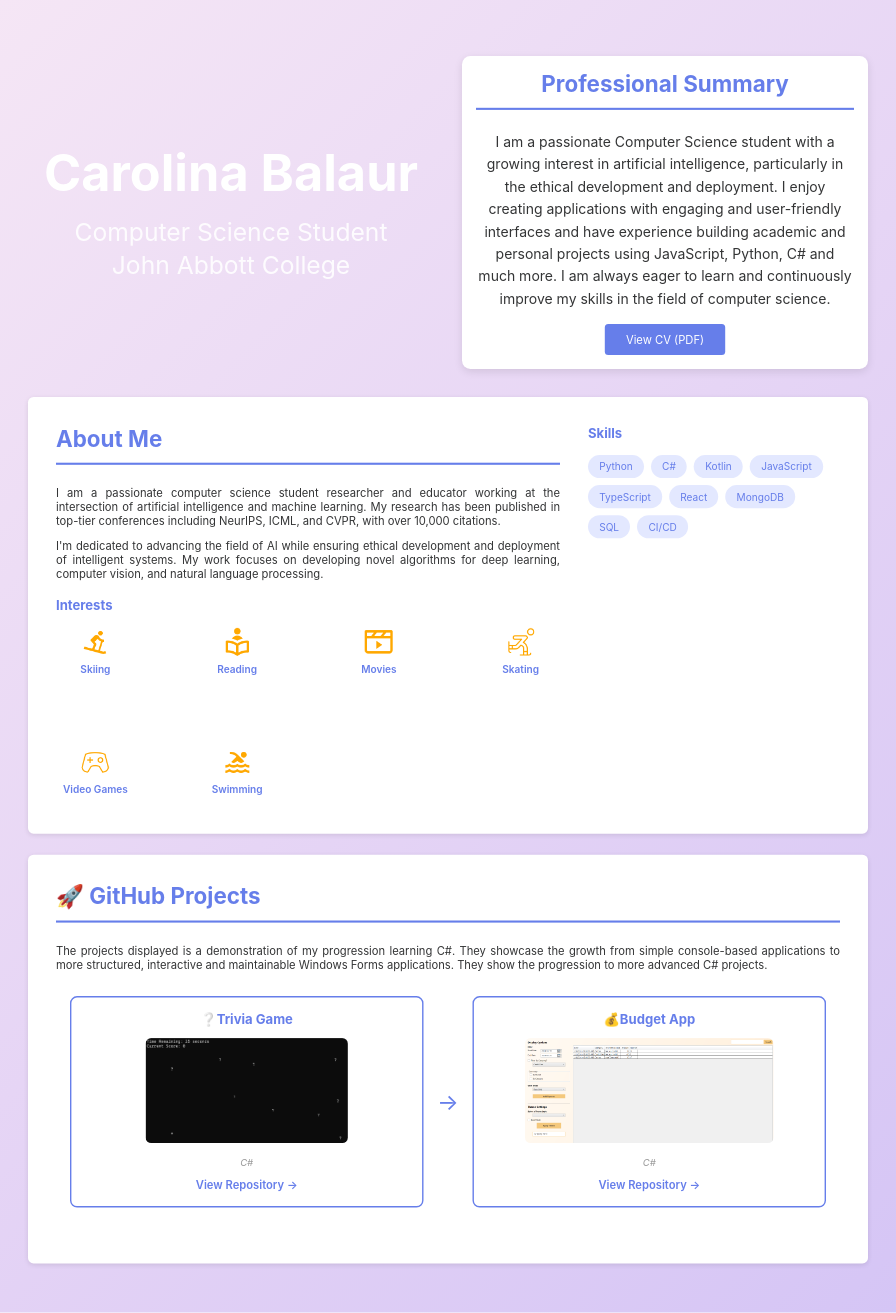
Repository: cocobalaur/portfolio
Page: index.html
These files come from the project's save history. The page is drawn as it stood at one moment and after the next save; the edit follows.
The browser window is 1280 px wide. The pictures show the whole page, at 70% of full size.

Above is the page before, as saved 2025-12-07 00:05:31.

### index.html
<!DOCTYPE html>
<html lang="en">

<head>
    <meta charset="UTF-8">
    <meta name="viewport" content="width=device-width, initial-scale=1.0">
    <title>Portfolio</title>
    <link rel="stylesheet" href="style.css">
</head>

<body>
    <header class="header">
        <div class="container">

            <div class="header-section">
                <div class="header-content">

                    <h1>Carolina Balaur</h1>
                    <p class="title">Computer Science Student</p>
                    <p class="title">John Abbott College</p>
                </div>

                <div class="header-sidebar">

                    <h2 class="section-title">Professional Summary</h2>
                    <p>
                        I am a passionate Computer Science student with a growing interest in artificial intelligence,
                        particularly in the ethical development and deployment.
                        I enjoy creating applications with engaging and user-friendly interfaces and have experience building
                        academic and personal projects using JavaScript, Python, C# and much more.
                        I am always eager to learn and continuously improve my skills in the field of computer science.
                    </p>


                    <a href="CarolinaBalaur.pdf" class="btn-primary" target="_blank">
                        View CV (PDF)
                    </a>

                </div>
                </section>
            </div>
    </header>

    <div class="container">
        <section class="section">
            <div class="project-section">
                <div class="project-content">

                    <h2 class="section-title">About Me</h2>
                    <p>
                        I am a passionate computer science student researcher and educator working at the intersection
                        of artificial intelligence
                        and machine learning. My research has been published in top-tier conferences including NeurIPS,
                        ICML, and CVPR, with over 10,000 citations.
                    </p>
                    <p>
                        I'm dedicated to advancing the field of AI while ensuring ethical development and deployment
                        of intelligent systems. My work focuses on developing novel algorithms for deep learning,
                        computer vision, and natural language processing.
                    </p>

                    <h3 style="color: #667eea; margin-bottom: 20px;">Interests</h3>
                    <div class="interests-grid">
                        <div class="interest-item">
                            <img src="icons-images/Downhill-Skiing.png" alt="Skiing Icon">
                            <p>Skiing</p>
                        </div>
                        <div class="interest-item">
                            <img src="icons-images/User-Reading.png" alt="Reading Icon">
                            <p>Reading</p>
                        </div>
                        <div class="interest-item">
                            <img src="icons-images/Movies-Clapboard-Play.png" alt="Movies Icon">
                            <p>Movies</p>
                        </div>
                        <div class="interest-item">
                            <img src="icons-images/Skating.png" alt="Skating Icon">
                            <p>Skating</p>
                        </div>
                        <div class="interest-item">
                            <img src="icons-images/Video-Games.png" alt="Video Games Icon">
                            <p>Video Games</p>
                        </div>
                        <div class="interest-item">
                            <img src="icons-images/Pool.png" alt="Video Games Icon">
                            <p>Swimming</p>
                        </div>
                    </div>

                </div>

                <div class="sidebar">
                    <h3 style="color: #667eea; margin-bottom: 20px;">Skills</h3>

                    <div class="interests">
                        <span class="interest-tag">Python</span>
                        <span class="interest-tag">C#</span>
                        <span class="interest-tag">Kotlin</span>
                        <span class="interest-tag">JavaScript</span>
                        <span class="interest-tag">TypeScript</span>
                        <span class="interest-tag">React</span>
                        <span class="interest-tag">MongoDB</span>
                        <span class="interest-tag">SQL</span>
                        <span class="interest-tag">CI/CD</span>
                    </div>
                </div>
        </section>

        <!-- Projects Section -->
        <section id="projects" class="section">
            <h2 class="section-title">🚀 GitHub Projects</h2>
            <div class="project-content">
                <p>
                    The projects displayed is a demonstration of my progression learning C#.
                    They showcase the growth from simple console-based applications to more structured, interactive and
                    maintainable Windows Forms applications.
                    They show the progression to more advanced C# projects.
                </p>
            </div>

            <div class="project-box">
                <div class="project-card">
                    <h3>❔Trivia Game</h3>
                    <a href="https://github.com/cocobalaur/answering-question-game.git" target="_blank">
                        <img src="icons-images/project1.png" alt="Project One Screenshot" class="project-image">
                    </a>
                    <p class="tech-stack">C#</p>
                    <a href="https://github.com/cocobalaur/answering-question-game.git" target="_blank">View Repository
                        →</a>
                </div>

                <div class="project-arrow">→</div>

                <div class="project-card">
                    <h3>💰Budget App</h3>
                    <a href="https://github.com/cocobalaur/AppDev_2025_LinaBiba.git" target="_blank">
                        <img src="icons-images\project2.png" alt="Project Two Screenshot" class="project-image">
                    </a>
                    <p class="tech-stack">C#</p>
                    <a href="https://github.com/cocobalaur/AppDev_2025_LinaBiba.git" target="_blank">View Repository
                        →</a>
                </div>
            </div>
        </section>
</body>

</html>

### style.css
* {
  margin: 0;
  padding: 0;
  box-sizing: border-box;
}

body {
  font-family: "Inter", -apple-system, BlinkMacSystemFont, "Segoe UI", Roboto,
    sans-serif;
  background: linear-gradient(135deg, #f5e6f5 0%, #e6d5f5 50%, #d5c5f5 100%);
  padding: 40px 20px;
  min-height: 100vh;
}

.header {
  color: white;
  padding: 40px 20px;
  text-align: center;
}

.header h1 {
  font-size: 4.5em;
  margin-bottom: 20px;
}

.header .title {
  font-size: 2.2em;
  opacity: 0.9;
  margin-bottom: 5px;
  text-align: center;
}

nav {
  background: white;
  padding: 15px 0;
  box-shadow: 0 2px 4px rgba(0, 0, 0, 0.1);
  position: sticky;
  top: 0;
  z-index: 100;
}

nav ul {
  list-style: none;
  display: flex;
  justify-content: center;
  flex-wrap: wrap;
}

nav li {
  margin: 0 20px;
}

nav a {
  text-decoration: none;
  color: #667eea;
  font-weight: 500;
  transition: color 0.3s;
}

nav a:hover {
  color: #764ba2;
}

.container {
  max-width: 1200px;
  margin: 0 auto;
}

.section {
  background: white;
  margin-bottom: 30px;
  padding: 40px;
  border-radius: 8px;
  box-shadow: 0 2px 8px rgba(0, 0, 0, 0.1);
}

.section-title {
  font-size: 2em;
  color: #667eea;
  margin-bottom: 30px;
  padding-bottom: 15px;
  border-bottom: 3px solid #667eea;
}

.header-sidebar p {
    font-size: 20px;
    line-height: 1.6;
    color: #343536;
}

.header-sidebar {
    background: white;
    padding: 20px;
    border-radius: 12px;
    box-shadow: 0 4px 12px rgba(0,0,0,0.1);
}

.header-section {
    display: grid;
    grid-template-columns: 1.5fr 1.5fr;
    align-items: center;
    gap: 40px;
    width: 100%;
}

.header-content {
    flex: 1;
    width: 100%;
}

.project-section {
  display: grid;
  grid-template-columns: 2fr 1fr;
  gap: 40px;
}

.project-content h3 {
  color: #667eea;
  margin-top: 25px;
  margin-bottom: 15px;
}

.project-content p {
  margin-bottom: 15px;
  text-align: justify;
  color: #343536;
}

.interests {
  display: flex;
  flex-wrap: wrap;
  gap: 10px;
}

.interest-tag {
  background: #e3e8ff;
  color: #667eea;
  padding: 8px 16px;
  border-radius: 20px;
  font-size: 0.9em;
}

.btn-primary {
  display: inline-block;
  background: #667eea;
  color: white;
  padding: 12px 30px;
  border-radius: 5px;
  text-decoration: none;
  margin-top: 20px;
  transition: background 0.3s;
}

.btn-primary:hover {
  background: #764ba2;
}

.projects-grid {
  display: grid;
  grid-template-columns: repeat(auto-fit, minmax(300px, 1fr));
  gap: 30px;
  margin-top: 30px;
}

.project-box {
  display: flex;
  gap: 20px;
  padding: 20px;
  margin-bottom: 20px;
}

.project-arrow {
  font-size: 2em;
  color: #667eea;
  display: flex;
  align-items: center;
  justify-content: center;
}

.project-card {
  border: 2px solid #667eea;
  padding: 20px;
  border-radius: 8px;
  background: white;
  flex: 1;
  transition: transform 0.3s, box-shadow 0.3s;
}

.project-card:hover {
  transform: translateY(-5px);
  box-shadow: 0 5px 15px rgba(102, 126, 234, 0.3);
}

.project-card h3 {
  color: #667eea;
  margin-bottom: 15px;
}

.project-card p {
  color: #666;
  margin-bottom: 15px;

}

.project-card .tech-stack {
  font-size: 0.85em;
  color: #999;
  font-style: italic;
  margin-bottom: 15px;
}

.project-card a {
  color: #667eea;
  text-decoration: none;
  font-weight: 600;
}

.interests-grid {
  display: grid;
  grid-template-columns: repeat(auto-fit, minmax(100px, 1fr));
  gap: 90px;
  text-align: center;
  margin-top: 20px;
}

.interest-item {
  display: flex;
  flex-direction: column;
  align-items: center;
  justify-content: center;
}

.interest-item img {
  width: 50px;
  height: 40px;
  object-fit: contain;
  margin-bottom: 10px;
  filter: invert(49%) sepia(100%) saturate(1000%) hue-rotate(10deg)
    brightness(1.1) contrast(1.2);
  transition: transform 0.3s;
}

.interest-item p {
  font-size: 0.9em;
  font-weight: 600;
  color: #667eea;
}

.project-card {
  padding: 20px;
  border-radius: 10px;
  text-align: center;
}

.project-image {
  max-height: 150px;
  border-radius: 8px;
  margin-bottom: 15px;
}

.interest-item:hover img {
  transform: scale(1.1);
}

@media (max-width: 768px) {
  .project-section {
    grid-template-columns: 1fr;
  }

  .publication-card {
    flex-direction: column;
  }

  .publication-img {
    width: 100%;
  }

  .project-box {
    flex-direction: column;
  }

  .project-arrow {
    transform: rotate(90deg);
  }

  nav ul {
    flex-direction: column;
    align-items: center;
  }

  nav li {
    margin: 5px 0;
  }
}

After the next save:
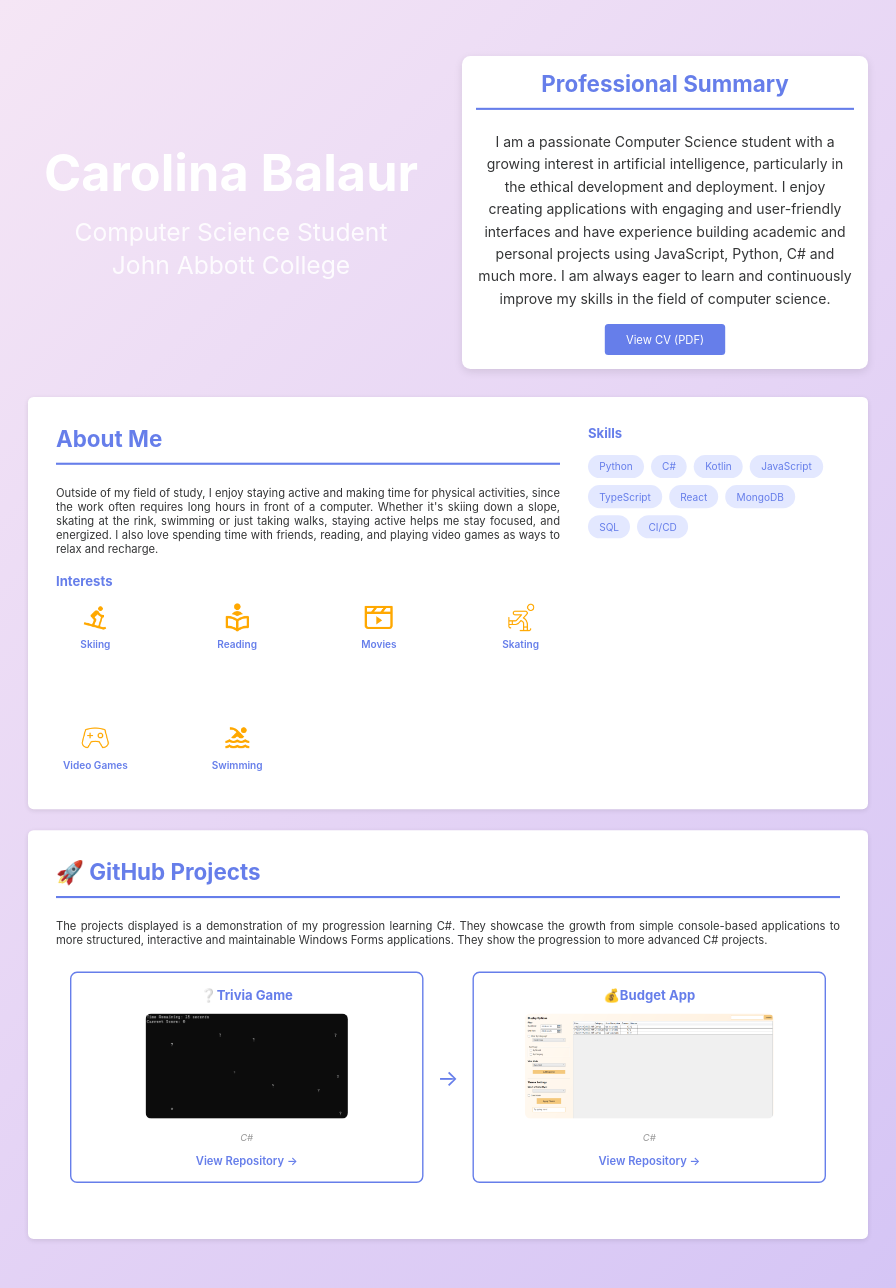
Saved 7 min 1 s later.
--- a/index.html
+++ b/index.html
@@ -48,15 +48,10 @@
 
                     <h2 class="section-title">About Me</h2>
                     <p>
-                        I am a passionate computer science student researcher and educator working at the intersection
-                        of artificial intelligence
-                        and machine learning. My research has been published in top-tier conferences including NeurIPS,
-                        ICML, and CVPR, with over 10,000 citations.
-                    </p>
-                    <p>
-                        I'm dedicated to advancing the field of AI while ensuring ethical development and deployment
-                        of intelligent systems. My work focuses on developing novel algorithms for deep learning,
-                        computer vision, and natural language processing.
+                        Outside of my field of study, I enjoy staying active and making time for physical activities,
+                        since the work often requires long hours in front of a computer. Whether it's skiing down a slope,
+                        skating at the rink, swimming or just taking walks, staying active helps me stay focused, and energized.
+                        I also love spending time with friends, reading, and playing video games as ways to relax and recharge.
                     </p>
 
                     <h3 style="color: #667eea; margin-bottom: 20px;">Interests</h3>
